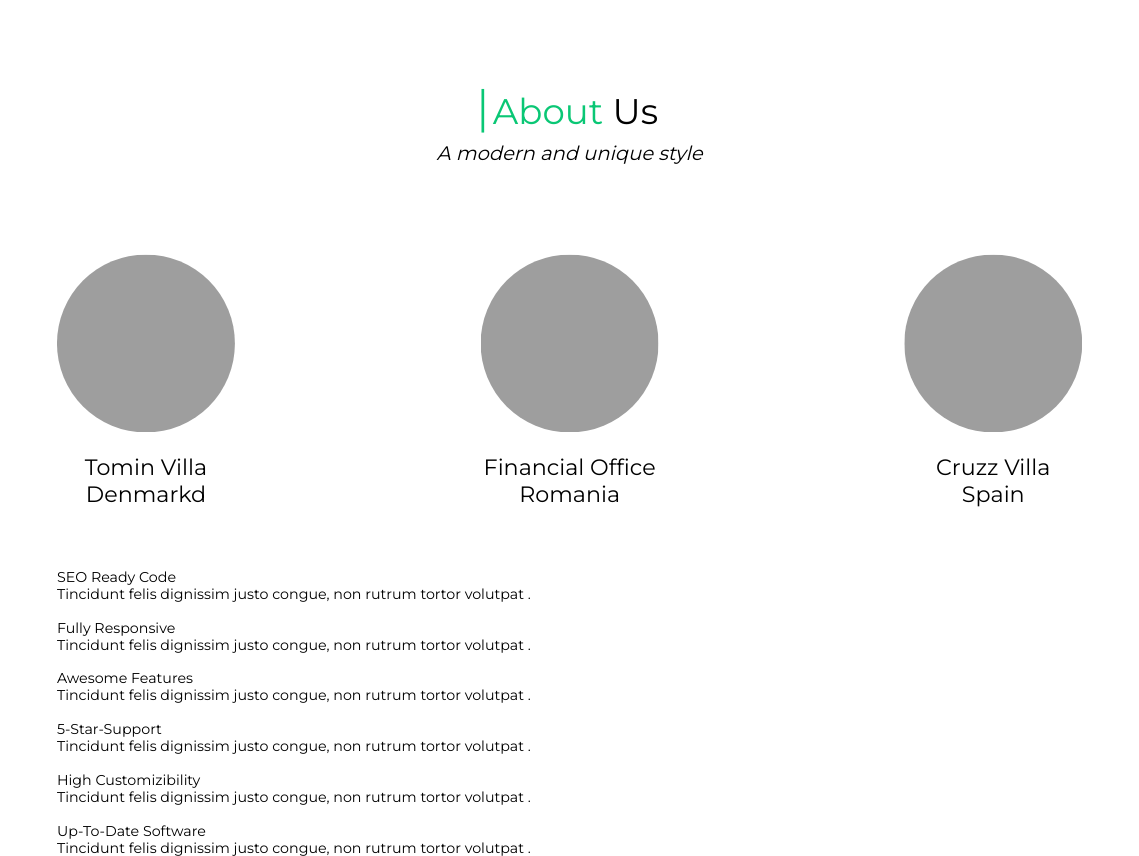
Repository: Yowani24/Real-Estate2
Page: index.html
The author's editor kept a copy of each file at every save. The page is drawn from the files as they stood at one save, then again after the next save.
The browser window is 1280 px wide. The pictures show the part of the page from y = 755 to 1917 px (the page is 1717 px tall before and 1917 px after), at 89% of full size.
Pictures or frames that could not be fetched are drawn as grey boxes. Some web fonts or font styles are not loaded; a fallback is used.

Above is the page before, as saved 2021-08-27 14:10:42.

### index.html
<!DOCTYPE html>
<html lang="en">
<head>
    <meta charset="UTF-8">
    <meta http-equiv="X-UA-Compatible" content="IE=edge">
    <meta name="viewport" content="width=device-width, initial-scale=1.0">
    <title>Real State</title>
    <link rel="stylesheet" href="styles.css">

    <!-- ============FONT-FAMILY============== -->
    <link rel="preconnect" href="https://fonts.googleapis.com">
    <link rel="preconnect" href="https://fonts.gstatic.com" crossorigin>
    <link href="https://fonts.googleapis.com/css2?family=Montserrat&family=Rozha+One&display=swap" rel="stylesheet">

    <!-- ======================VUELS CDN=================== -->
    <script src="https://cdn.jsdelivr.net/npm/vue@2"></script>

</head>
<body>
    <Header>
        <div class="interface_wrapper header_wrapper">
            <div class="logo_box">
                <img src="/images/realLogo.png" alt="">
                <p><span>Real</span> Estate</p>
            </div>

            <div class="menu">
                <nav>
                    <ul>
                        <li><a href="#">Home</a></li>
                        <li><a href="#">About</a></li>
                        <li><a href="#">Agents</a></li>
                        <li><a href="#">Price</a></li>
                        <li><a href="#">Blog</a></li>
                    </ul>
                </nav>
            </div>
        </div>
    </Header>

    <section class="showcase_sec">
        <div class="interface_wrapper showcase">
            <p>Give Life For Your <br/>Dream <span>Home</span></p>
            <p>Always on the lookout for the hi-tech advancements.  Build not only a product that can sell well, but a platform through which to deliver it.</p>

            <div class="btns_box">
                <button>Read more</button>
                <button>Contact Us</button>
            </div>
        </div>
    </section>

    <section class="about_us_sec">
        <div class="interface_wrapper about_us">
            <p><span>About</span> Us</p>
            <p>A modern and unique style </p>

            <div id="app">
                <div v-for="item in items">
                    <img :src="item.ima" alt="">
                    <p>{{item.desc}}</p>
                </div>
            </div>
        </div>
    </section>

    <section class="services_sec">
        <div id="services" class="interface_wrapper services">
            <div class="services_box" v-for="item in items">
                <img :src="item.ima" alt="">
                <div>
                    <p>{{item.titulo}}</p>
                    <p>{{item.desc}}</p>
                </div>
            </div>
        </div>
    </section>


    <script>
        var app = new Vue({
            el: '#app',
            data: {
                items: [
                    {ima:'https://images.unsplash.com/photo-1583231684537-bd79dc887244?ixlib=rb-1.2.1&ixid=MnwxMjA3fDB8MHxwaG90by1yZWxhdGVkfDZ8fHxlbnwwfHx8fA%3D%3D&auto=format&fit=crop&w=500&q=60', desc:'Tomin Villa Denmarkd'},
                    {ima:'https://images.unsplash.com/photo-1613490493576-7fde63acd811?ixlib=rb-1.2.1&ixid=MnwxMjA3fDB8MHxwaG90by1yZWxhdGVkfDV8fHxlbnwwfHx8fA%3D%3D&auto=format&fit=crop&w=500&q=60', desc:'Financial Office Romania'},
                    {ima:'https://images.unsplash.com/photo-1416331108676-a22ccb276e35?ixlib=rb-1.2.1&ixid=MnwxMjA3fDB8MHxwaG90by1yZWxhdGVkfDJ8fHxlbnwwfHx8fA%3D%3D&auto=format&fit=crop&w=500&q=60', desc:'Cruzz Villa Spain'},
                ]
            }
        });

        var app = new Vue({
            el: '#services',
            data: {
                items: [
                    {ima:'', titulo:'SEO Ready Code', desc:'Tincidunt felis dignissim justo congue, non rutrum tortor volutpat .'},
                    {ima:'', titulo:'Fully Responsive', desc:'Tincidunt felis dignissim justo congue, non rutrum tortor volutpat .'},
                    {ima:'', titulo:'Awesome Features', desc:'Tincidunt felis dignissim justo congue, non rutrum tortor volutpat .'},
                    {ima:'', titulo:'5-Star-Support', desc:'Tincidunt felis dignissim justo congue, non rutrum tortor volutpat .'},
                    {ima:'', titulo:'High Customizibility', desc:'Tincidunt felis dignissim justo congue, non rutrum tortor volutpat .'},
                    {ima:'', titulo:'Up-To-Date Software', desc:'Tincidunt felis dignissim justo congue, non rutrum tortor volutpat .'},

                ]
            }
        });

    </script>
</body>
</html>

### styles.css
*{
    margin: 0;
}

body{
    padding: 0;
    top: 0;
    left: 0;
    font-family: 'Montserrat', sans-serif;
}
.interface_wrapper{
    width: 90%;
    margin: 0 auto;
}

/* ======================HEADER======================= */
Header{
    background: rgb(5, 70, 66);
    color: #FFFFFF;
    padding: 10px 0;

}
.header_wrapper{
    display: flex;
    justify-content: space-between;
    align-items:center;
}
.logo_box{
    display: flex;
    align-items: center;
}
.logo_box p{
    font-size: 40px;
    font-weight: 400;
    font-family: 'Rozha One', serif;

}
.logo_box span{
    color: rgb(10, 199, 117);
}
Header .menu nav ul{
    display: flex;
    padding: 0;
}
Header .menu nav li{
    list-style: none;
    margin: 0 20px;
}
Header .menu nav a{
    text-decoration: none;
    color: #FFFFFF;
    font-size: 19px;

}

/* ======================SHOWCASE_SECTION======================= */
.showcase_sec{
    padding-top: 150px;
    padding-bottom: 100px;
    background-image: url('https://images.unsplash.com/photo-1544890603-cf0ce2d65561?ixlib=rb-1.2.1&ixid=MnwxMjA3fDB8MHxwaG90by1wYWdlfHx8fGVufDB8fHx8&auto=format&fit=crop&w=750&q=80');
    background-repeat: no-repeat;
    background-position: center;
    background-size: cover;
}
.showcase p:nth-child(1) {
    font-size: 85px;
    font-family: 'Rozha One', serif;
    width: 800px;
    border-left: 3px solid rgb(10, 199, 117);
    padding-left: 10px;
    line-height: 1;
    margin: 0 auto;
    color: #FFFFFF;

}
.showcase p:nth-child(1) span {
    color: rgb(10, 199, 117);
}

.showcase p:nth-child(2) {
    font-size: 16px;
    color: rgb(255, 255, 255);
    width: 650px;
    line-height: 2;
    margin-top: 75px;
}

.btns_box{
    margin-top: 40px;
}
.btns_box button {
    border: 2px solid rgb(10, 199, 117);
    padding: 0 45px;
    height: 55px;
    font-size: 16px;
    border-radius: 50px;
    font-weight: 500;
    color: #FFFFFF;
    line-height: 19px;
    cursor: pointer;
}

.btns_box button:nth-child(1) {
    background: rgb(10, 199, 117);
}
.showcase button:nth-child(2) {
    color:#FFFFFF;
    margin-left: 10px;
    background: none;
}


/* ======================ABOUT US======================= */
.about_us_sec{
    padding-bottom: 50px;
}
.about_us {
    display: flex;
    flex-direction: column;
}
.about_us p:nth-child(1) {
    font-size: 40px;
    border-left: 3px solid rgb(10, 199, 117);
    padding-left: 10px;
    margin: 0 auto;
    margin-top: 100px;
    margin-bottom: 10px;

}
.about_us p:nth-child(1) span {
    color: rgb(10, 199, 117);
}

.about_us p:nth-child(2) {
    font-size: 22px;
    font-style: italic;
    text-align: center;
    margin-bottom: 100px;
}

#app{
    display: flex;
    align-items: center;
    justify-content: space-between;
    width: 100%;
}
#app img{
    width: 200px;
    height: 200px;
    border-radius:100%;
}
#app p{
    text-align: center;
    font-size: 25px;
    width: 200px;
    margin: 0 auto;
    margin-top: 20px;
    font-style: normal;
}

After the next save:
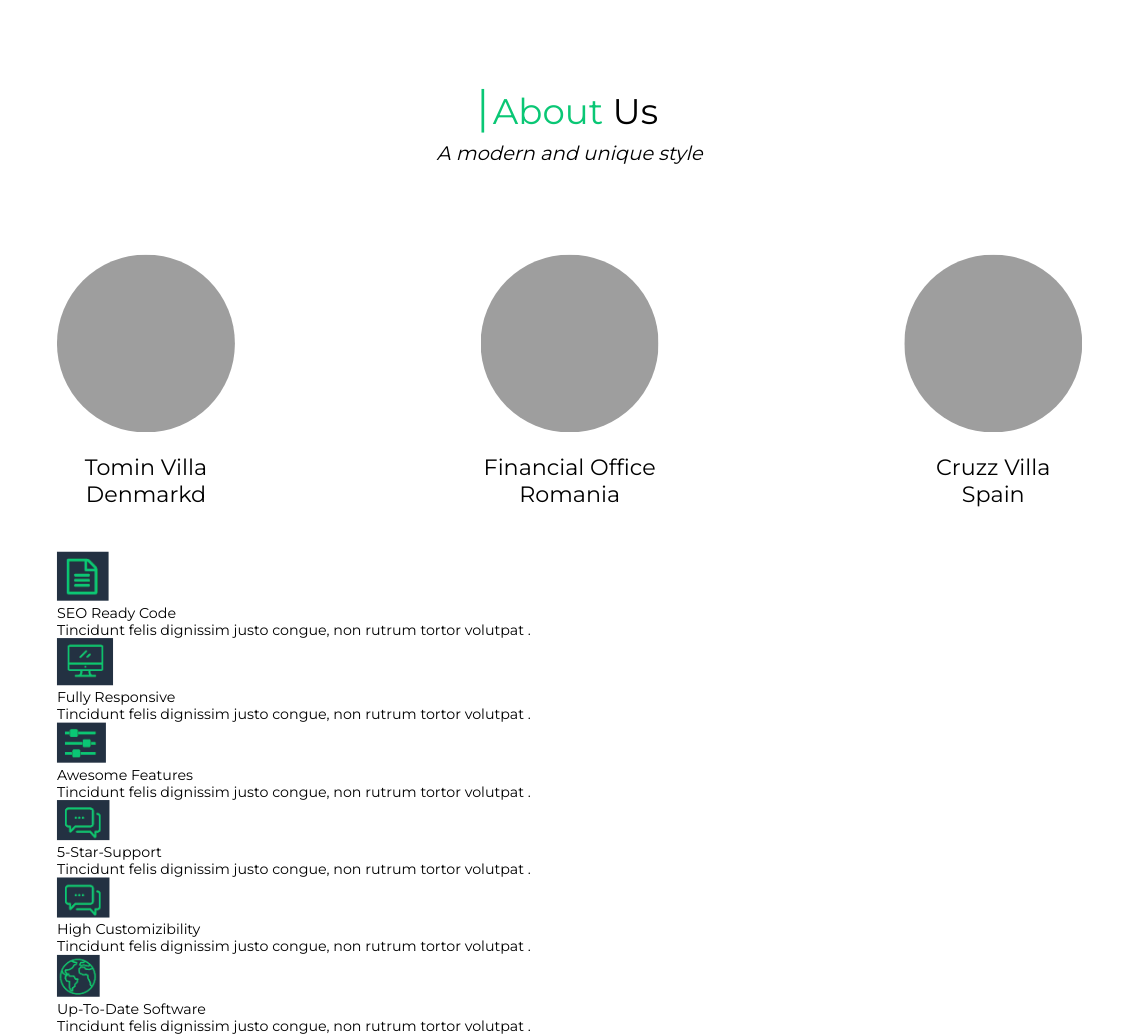
Saved 5 min 14 s later.
--- a/index.html
+++ b/index.html
@@ -76,7 +76,6 @@
         </div>
     </section>
 
-
     <script>
         var app = new Vue({
             el: '#app',
@@ -93,12 +92,12 @@
             el: '#services',
             data: {
                 items: [
-                    {ima:'', titulo:'SEO Ready Code', desc:'Tincidunt felis dignissim justo congue, non rutrum tortor volutpat .'},
-                    {ima:'', titulo:'Fully Responsive', desc:'Tincidunt felis dignissim justo congue, non rutrum tortor volutpat .'},
-                    {ima:'', titulo:'Awesome Features', desc:'Tincidunt felis dignissim justo congue, non rutrum tortor volutpat .'},
-                    {ima:'', titulo:'5-Star-Support', desc:'Tincidunt felis dignissim justo congue, non rutrum tortor volutpat .'},
-                    {ima:'', titulo:'High Customizibility', desc:'Tincidunt felis dignissim justo congue, non rutrum tortor volutpat .'},
-                    {ima:'', titulo:'Up-To-Date Software', desc:'Tincidunt felis dignissim justo congue, non rutrum tortor volutpat .'},
+                    {ima:'/images/SEO_Ready_Code.png', titulo:'SEO Ready Code', desc:'Tincidunt felis dignissim justo congue, non rutrum tortor volutpat .'},
+                    {ima:'/images/Fully_Responsive.png', titulo:'Fully Responsive', desc:'Tincidunt felis dignissim justo congue, non rutrum tortor volutpat .'},
+                    {ima:'/images/Awesome_Features.png', titulo:'Awesome Features', desc:'Tincidunt felis dignissim justo congue, non rutrum tortor volutpat .'},
+                    {ima:'/images/5-Star-Support.png', titulo:'5-Star-Support', desc:'Tincidunt felis dignissim justo congue, non rutrum tortor volutpat .'},
+                    {ima:'/images/5-Star-Support.png', titulo:'High Customizibility', desc:'Tincidunt felis dignissim justo congue, non rutrum tortor volutpat .'},
+                    {ima:'/images/Up-To-Date Software.png', titulo:'Up-To-Date Software', desc:'Tincidunt felis dignissim justo congue, non rutrum tortor volutpat .'},
 
                 ]
             }
